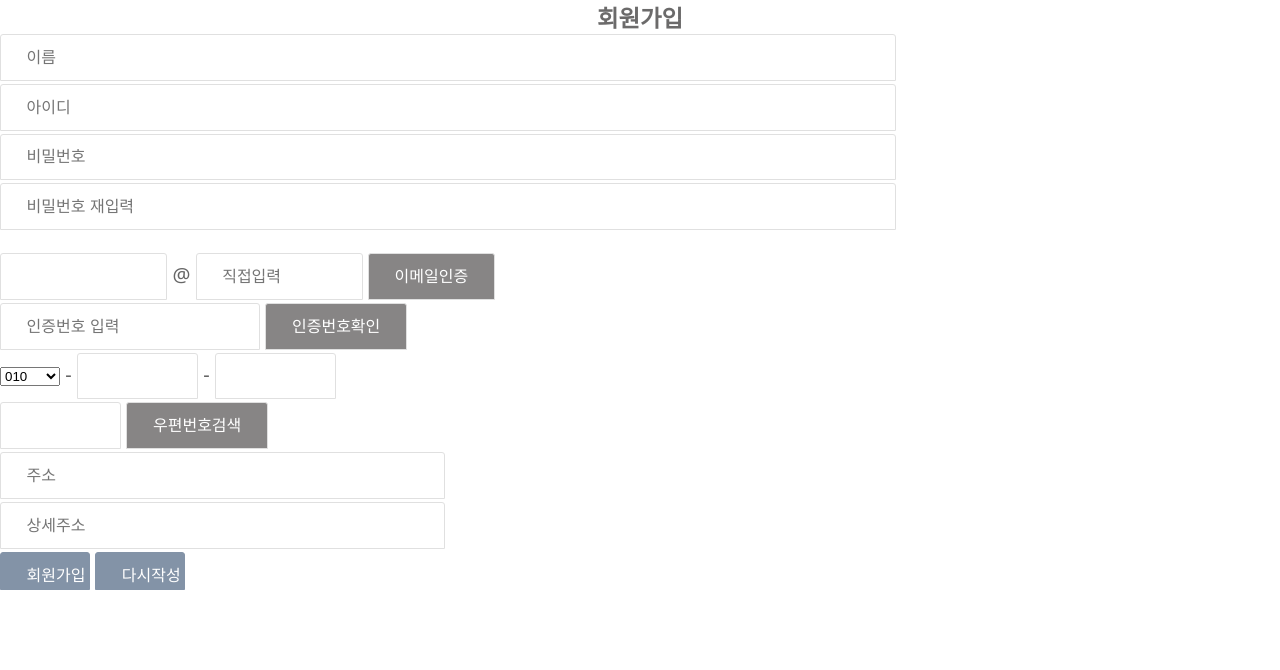
Repository: keepsus/gaebokchi
Page: http://localhost/uzuslime/member/memberWriteForm.jsp
The author's editor kept a copy of each file at every save. The page is drawn from the files as they stood at one save, then again after the next save.
The browser window is 1280 px wide. The pictures show the whole page.
Some web fonts or font styles are not loaded; a fallback is used. The page is served by Tomcat 9. Nobody is signed in. The application's start-up code is not run.

Above is the page before, as saved 2021-02-12 11:07:26.

After the next save:
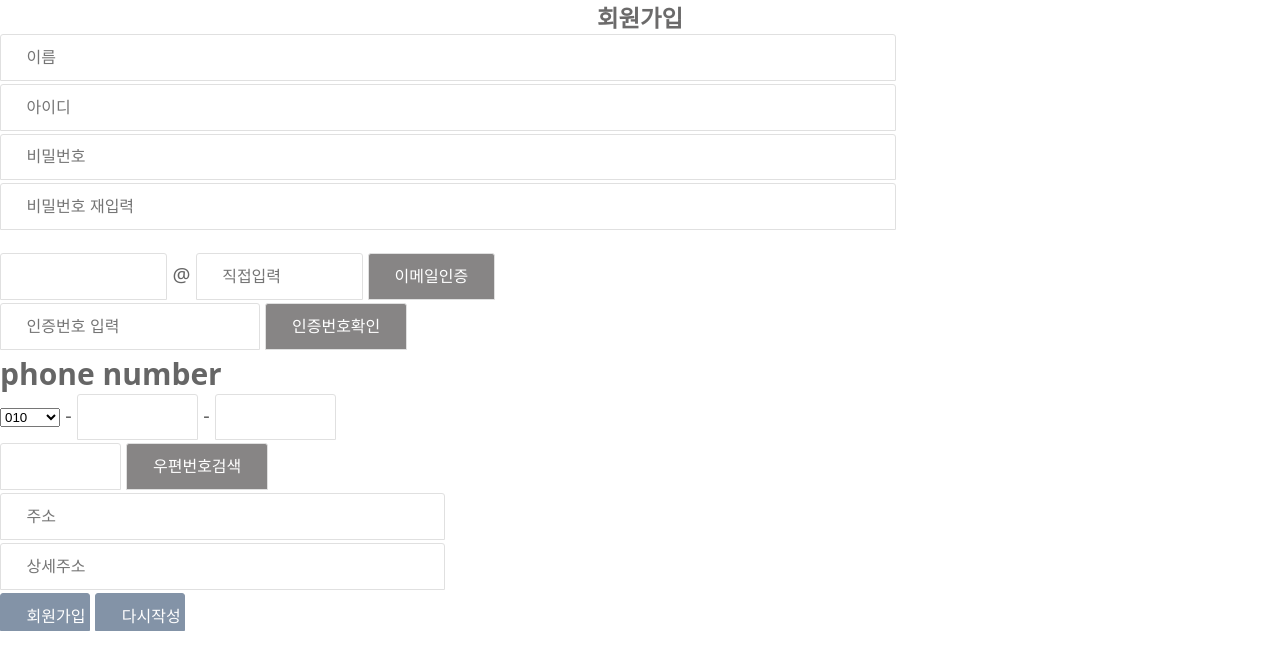
Saved 78 s later.
--- a/uzuslime/src/main/webapp/member/memberWriteForm.jsp
+++ b/uzuslime/src/main/webapp/member/memberWriteForm.jsp
@@ -56,6 +56,7 @@
 		<div id="emailDiv"></div>
 
 	    <div class="signUp-phone-form">
+	    <h2>phone number</h2>
 	        <select name="tel1" class="sign-tel1" style="width: 60px;">
 	            <option value="010">010
 	            <option value="011">011
